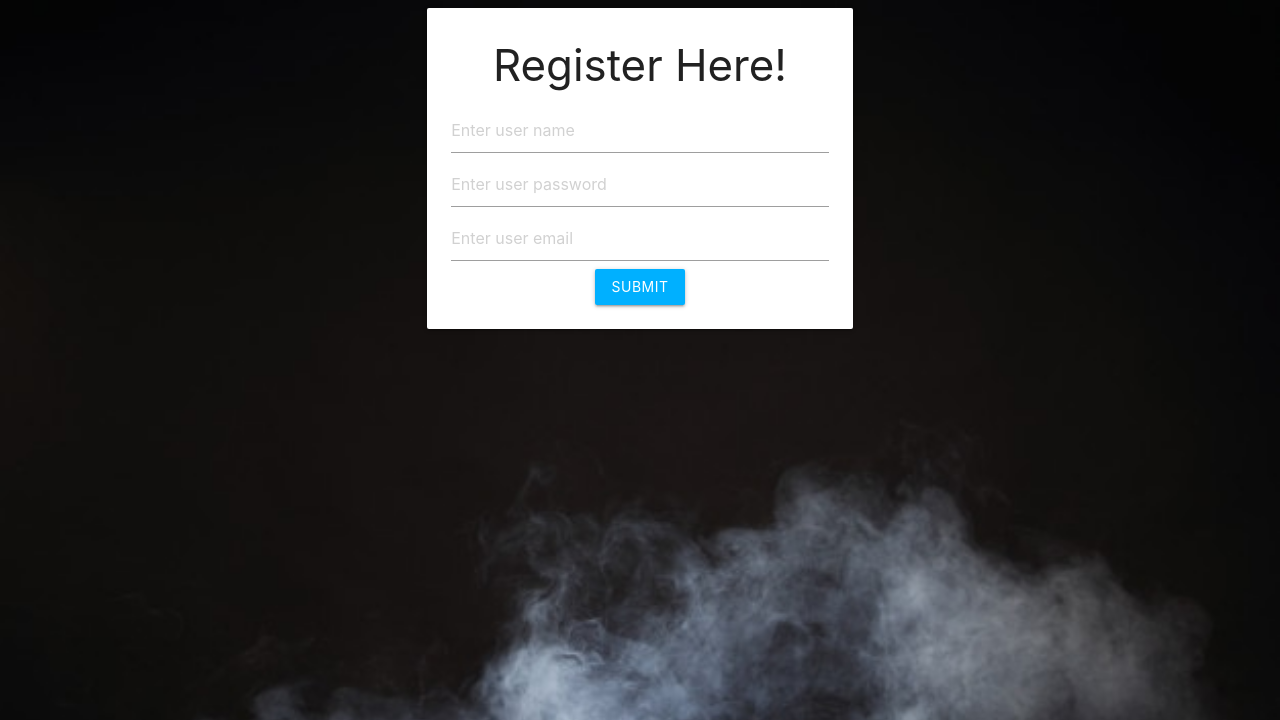
Repository: riddhiwho/Eclipse-Projects
Page: http://localhost/Register/signup.jsp
An editor plug-in stored every save of this project. The page is shown before and after the next save, followed by the edit.
The browser window is 1280 px wide. The pictures show the whole page.
The page is served by Tomcat 9.

Above is the page before, as saved 2021-06-06 15:41:40.

After the next save:
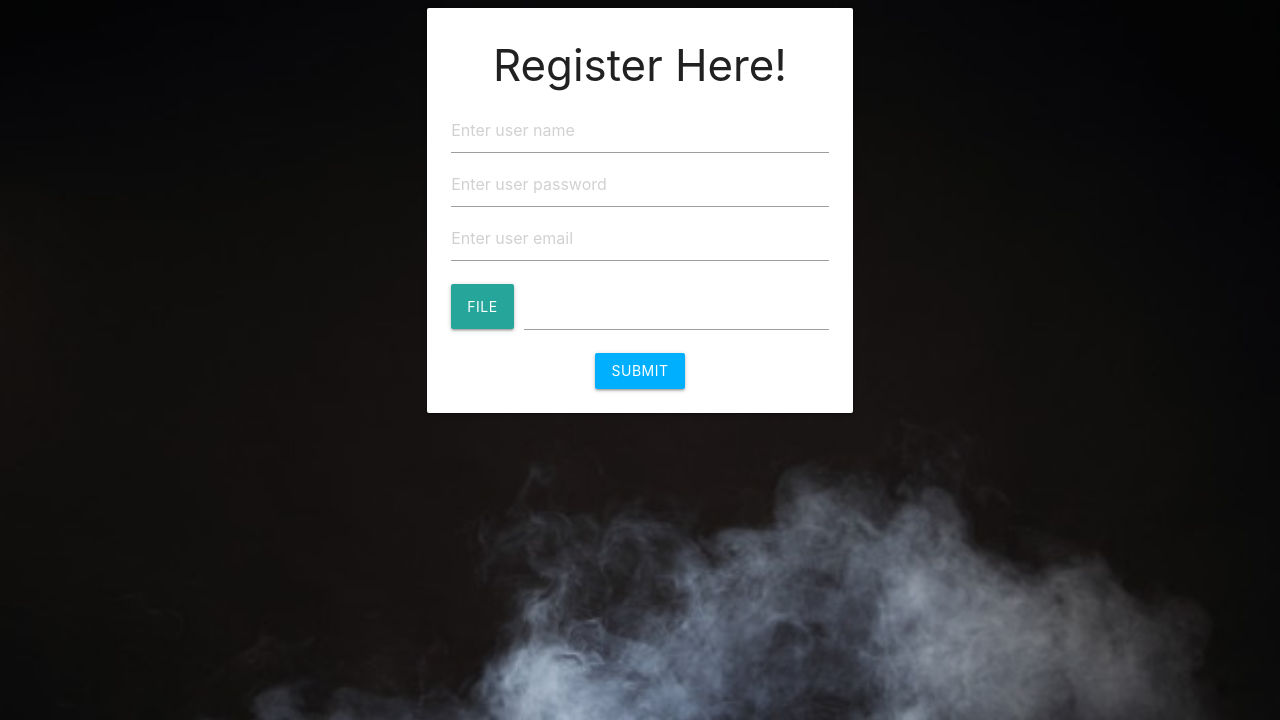
Saved 53 min 55 s later.
--- a/Register/src/main/webapp/signup.jsp
+++ b/Register/src/main/webapp/signup.jsp
@@ -28,6 +28,16 @@
 								<input type="text" name="user_name" placeholder="Enter user name" />
 								<input type="password" name="user_password" placeholder="Enter user password" />
 								<input type="email" name="user_email" placeholder="Enter user email" />
+
+								<div class="file-field input-field">
+							      <div class="btn">
+							        <span>File</span>
+							        <input type="file">
+							      </div>
+							      <div class="file-path-wrapper">
+							        <input class="file-path validate" type="text">
+							      </div>
+							    </div>
 
 								<button type="submit" class="btn light-blue accent-3">Submit</button>
 
